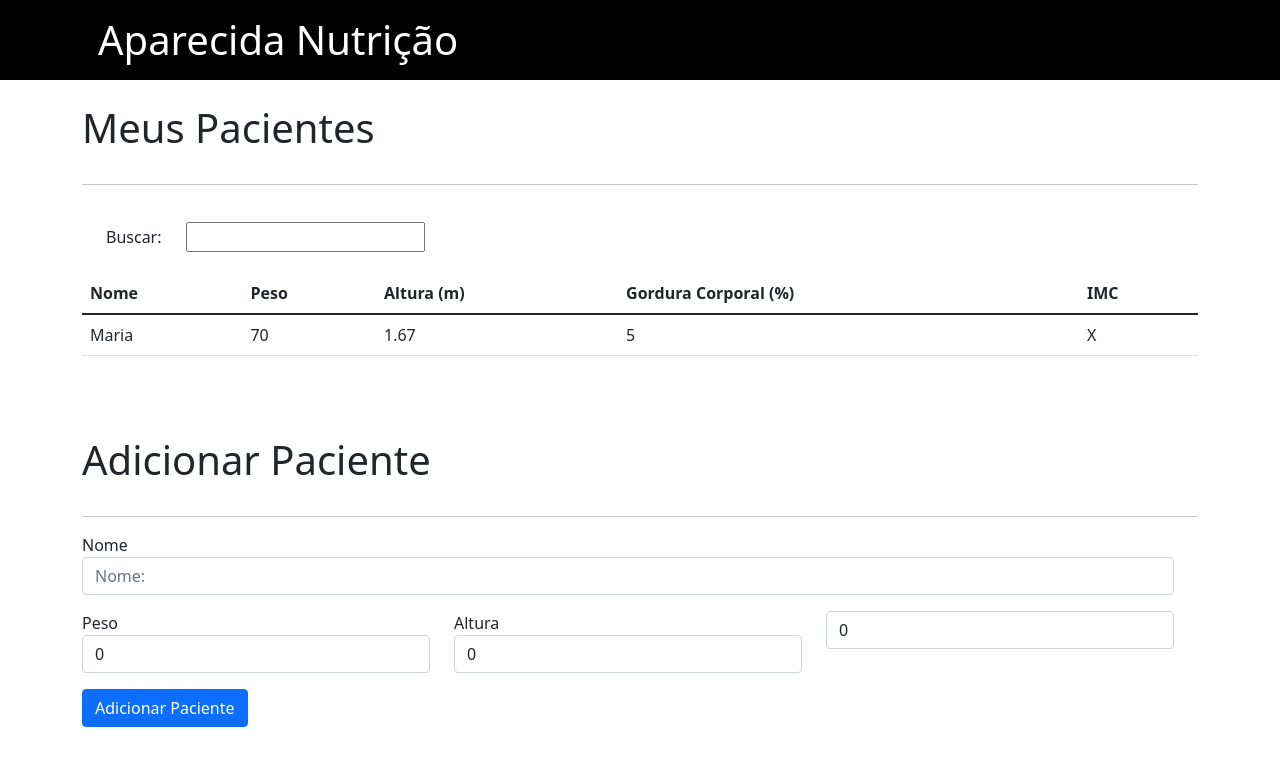
Repository: eversonps/app-paciente
Page: / (app in frontend/)
An editor plug-in stored every save of this project. The page is shown before and after the next save, followed by the edit.
The browser window is 1280 px wide. The pictures show the whole page.
The project was rebuilt for these pictures with package versions that can differ from the ones it lists, and the page was loaded fresh each time.

Above is the page before, as saved 2022-03-28 15:03:26.

After the next save:
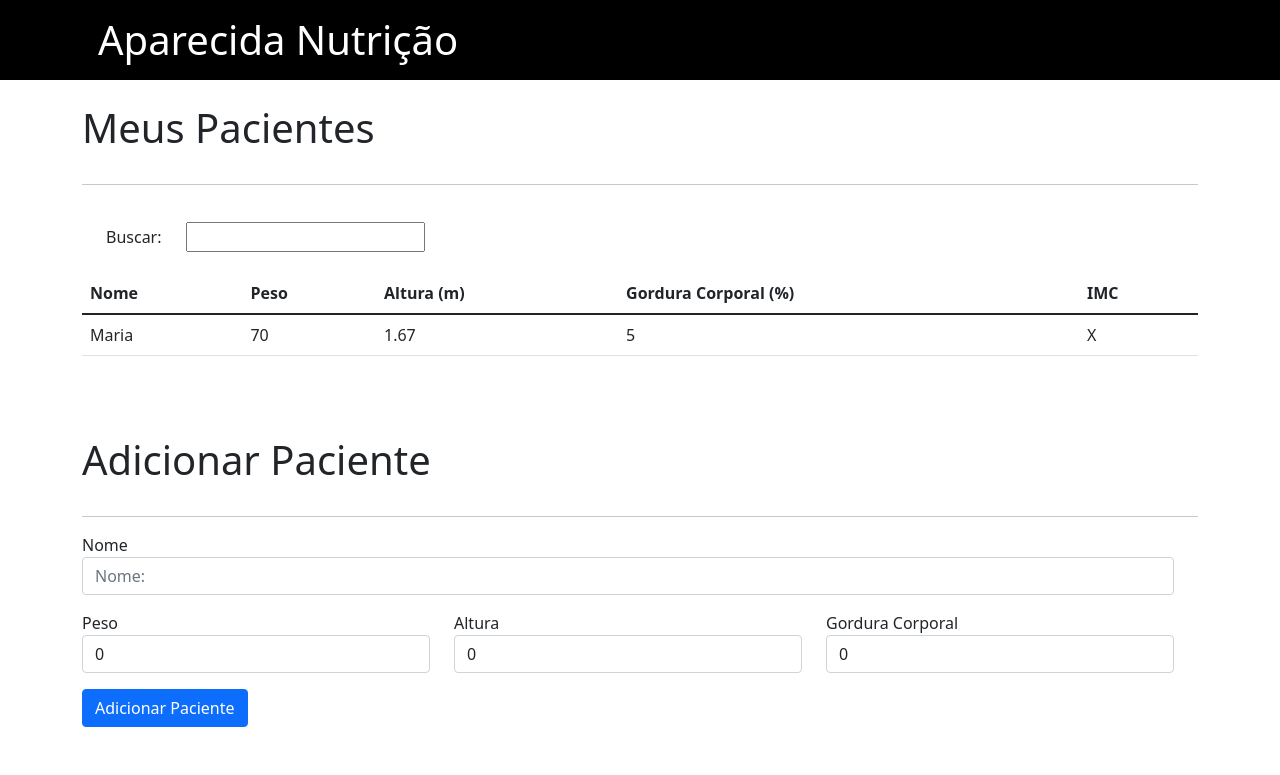
Saved 17 s later.
--- a/frontend/src/Templates/FormPacients.jsx
+++ b/frontend/src/Templates/FormPacients.jsx
@@ -36,6 +36,7 @@ export default class FormPacients extends Component{
                             <input type="number" className="form-control" placeholder="Altura:" value={this.state.altura}/>
                         </div>
                         <div className="col">
+                            <label>Gordura Corporal</label>
                             <input type="number" className="form-control" placeholder="Gordura Corporal:" value={this.state.gorduraCorporal}/>
                         </div>
                     </div>
